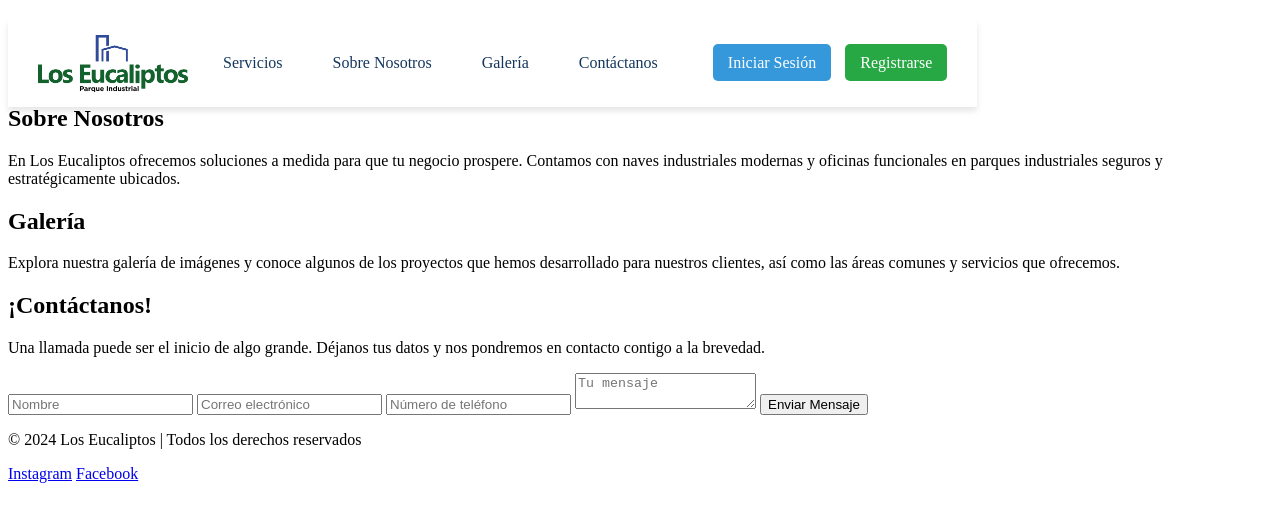
Repository: Los-Eucaliptos-WebApp/Los-Eucaliptos-FrontEnd
Page: pages/los-eucaliptos-home-page/index.html
The author's editor kept a copy of each file at every save. The page is drawn from the files as they stood at one save, then again after the next save.
The browser window is 1280 px wide. The pictures show the whole page.

Above is the page before, as saved 2025-02-16 22:09:26.

After the next save:
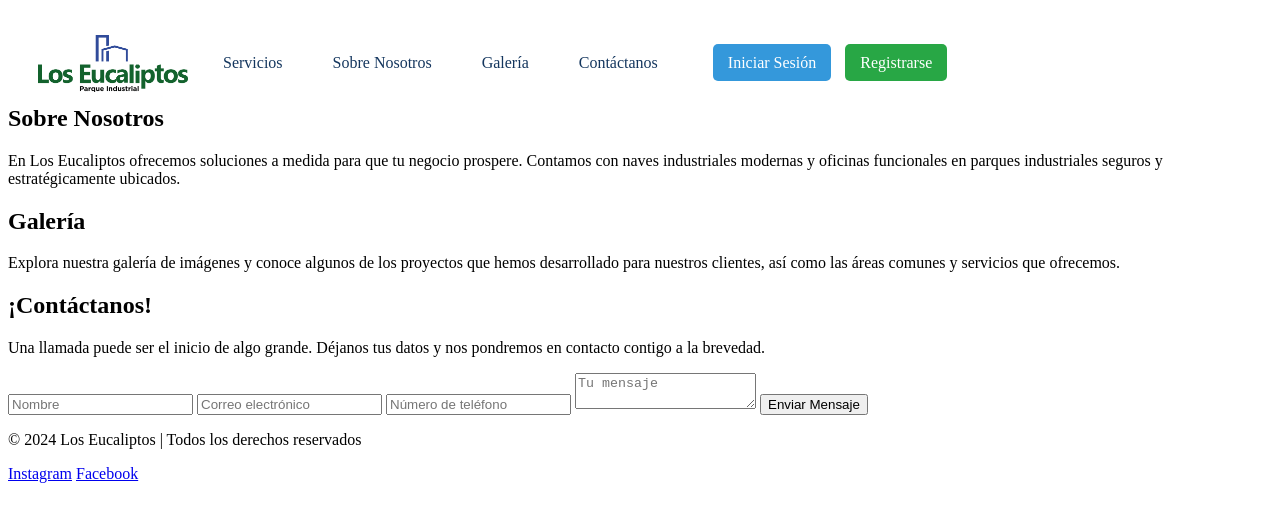
Saved 12 s later.
--- a/pages/los-eucaliptos-home-page/styles.css
+++ b/pages/los-eucaliptos-home-page/styles.css
@@ -6,7 +6,6 @@ header {
     background: #ffffff;
     color: rgb(0, 0, 0);
     padding: 15px 30px;
-    box-shadow: 0 4px 6px rgba(0, 0, 0, 0.1);
     position: fixed;
 
 }
